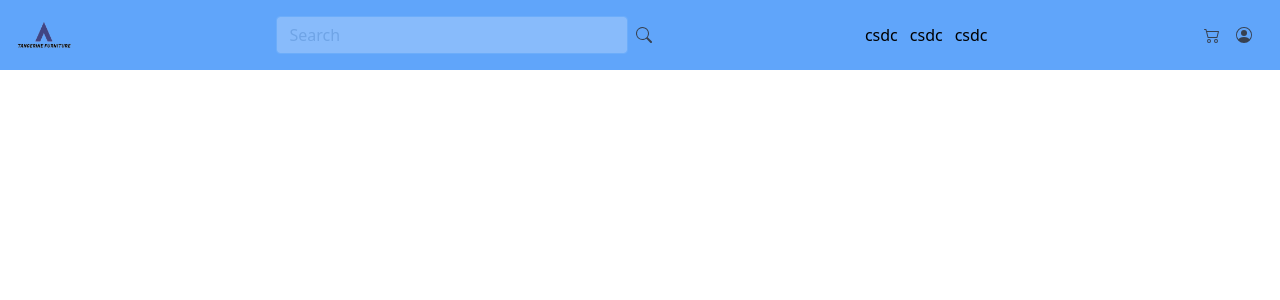
Repository: DevLaukey/Jitu-final
Page: / (app in frontend/)
These files come from the project's save history. The page is drawn as it stood at one moment and after a run of saves; the edit follows.
The browser window is 1280 px wide. The pictures show the whole page.
The project was rebuilt for these pictures with package versions that can differ from the ones it lists, and the page was loaded fresh each time.

Above is the page before, as saved 2022-07-13 13:35:34.

### frontend/src/index.js
import React from 'react';
import ReactDOM from 'react-dom/client';
import './index.css';
import App from './App';
import {store } from './redux/store';
import {Provider} from 'react-redux';
const root = ReactDOM.createRoot(document.getElementById('root'));
root.render(
  <Provider store={store}>
    <App />
  </Provider>
);

### frontend/src/App.js
import Navbar from "./components/Navbar";

function App() {
  return (
    <div className="">
    <Navbar />
    </div>
  );
}

export default App;

### frontend/src/components/Navbar.js
import React from "react";
import logo from "./free-logo-24a54uqo7g-d1y96agntq-removebg-preview.png";
import { BsCart2, BsPersonCircle, BsSearch } from "react-icons/bs";
function Navbar() {
  return (
    <header className="flex space-x-4 items-center justify-between align-middle  p-4 bg-blue-400">
      <div className="text-center">
        <img
          onClick={() => {
            console.log("clicked");
          }}
          className="h-15 w-14"
          src={logo}
          alt=""
          srcset=""
        />
      </div>
      <div class="flex items-center justify-center">
        <div class="xl:w-96">
          <div class="input-group flex  items-stretch w-full  rounded">
            <input
              type="search"
              class="form-control  flex-auto min-w-0 block w-full px-3 py-1.5 text-base font-normal   bg-clip-padding border border-solid border-blue-300 rounded transition ease-in-out m-0 focus:text-gray-800 focus:bg-white focus:border-blue-600 focus:outline-none opacity-25"
              placeholder="Search"
              aria-label="Search"
              aria-describedby="button-addon2"
            />
            <span
              class="input-group-text flex items-center px-2 py-1.5 text-base font-normal text-gray-700 text-center whitespace-nowrap rounded"
              id="basic-addon2"
            >
              <BsSearch />
            </span>
          </div>
        </div>
      </div>
      <div >
        <ul className='hidden py-1.5 md:flex space-x-3 text-center'>
          <li>csdc</li>
          <li>csdc</li>
          <li>csdc</li>
        </ul>
      </div>
      <div class="space-x-4 text-gray-700 flex  px-3 py-2.5  text-center whitespace-nowrap rounded">
        <BsCart2 />
        <BsPersonCircle />
      </div>
    </header>
  );
}

export default Navbar;

Loaded but not shown: frontend/public/index.html (common file); frontend/src/index.css (common file); frontend/src/redux/store.js (common file); frontend/tailwind.config.js (common file)

After the next 2 saves:
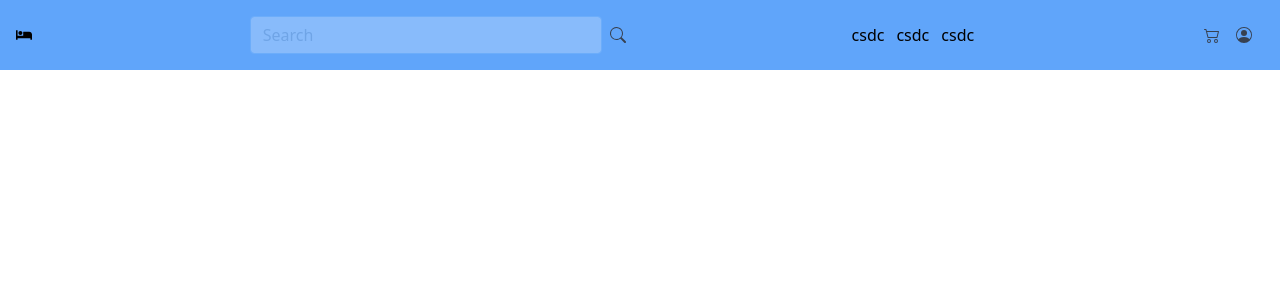
The 2 saves are shown as one change because 1 did not build or start.
The last was saved 7 min 24 s later.
--- a/frontend/src/components/Navbar.js
+++ b/frontend/src/components/Navbar.js
@@ -1,19 +1,11 @@
 import React from "react";
-import logo from "./free-logo-24a54uqo7g-d1y96agntq-removebg-preview.png";
+import { FaBed } from "react-icons/fa";
 import { BsCart2, BsPersonCircle, BsSearch } from "react-icons/bs";
 function Navbar() {
   return (
     <header className="flex space-x-4 items-center justify-between align-middle  p-4 bg-blue-400">
       <div className="text-center">
-        <img
-          onClick={() => {
-            console.log("clicked");
-          }}
-          className="h-15 w-14"
-          src={logo}
-          alt=""
-          srcset=""
-        />
+        <FaBed />
       </div>
       <div class="flex items-center justify-center">
         <div class="xl:w-96">
